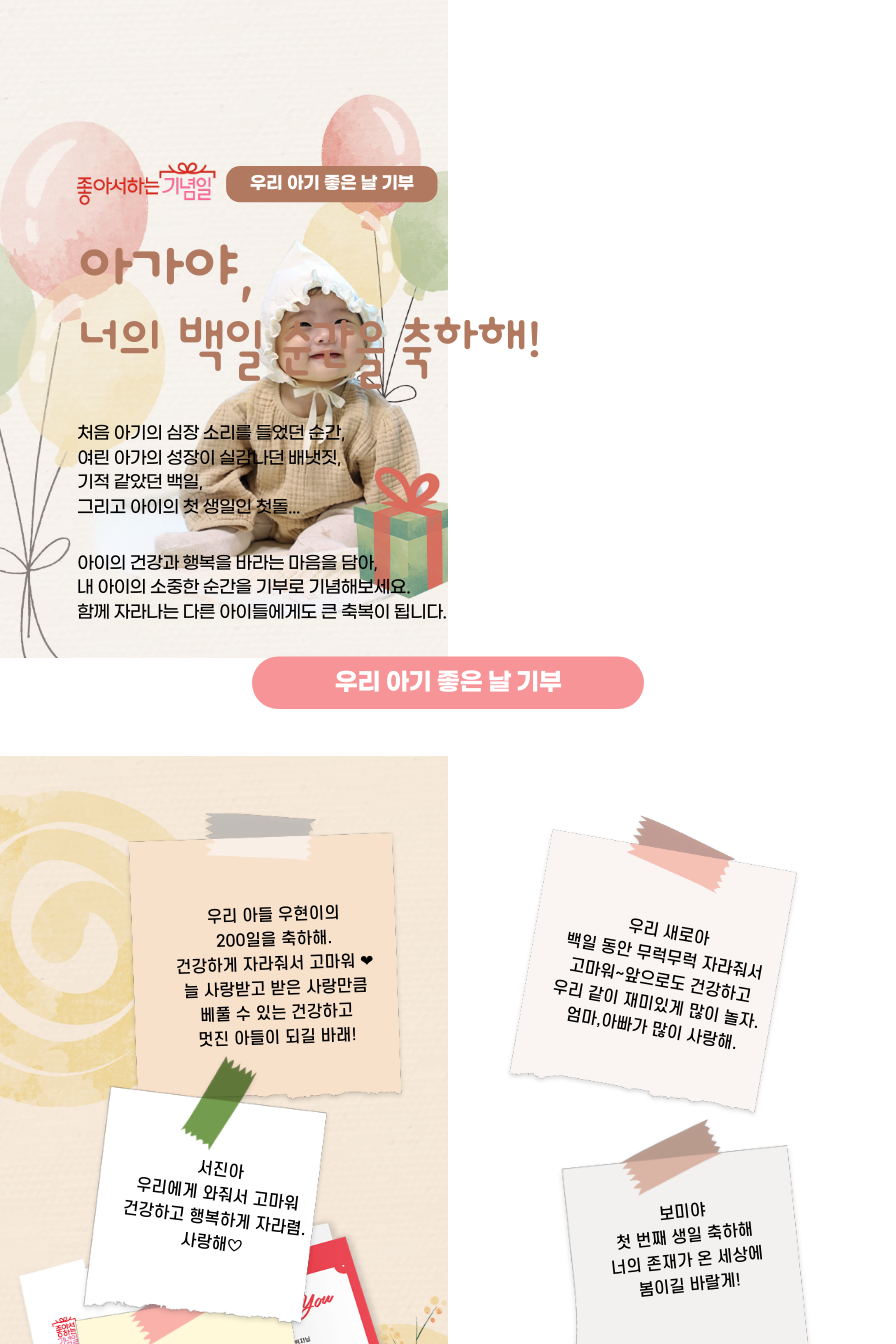
Repository: dlgywls1130/save_children_m
Page: index.html
The author's editor kept a copy of each file at every save. The page is drawn from the files as they stood at one save, then again after the next save.
The browser window is 1280 px wide. The pictures show the part of the page from y = 0 to 1920 px (the page is 8338 px tall before and 8198 px after), at 70% of full size.

Above is the page before, as saved 2023-12-13 17:57:54.

After the next save:
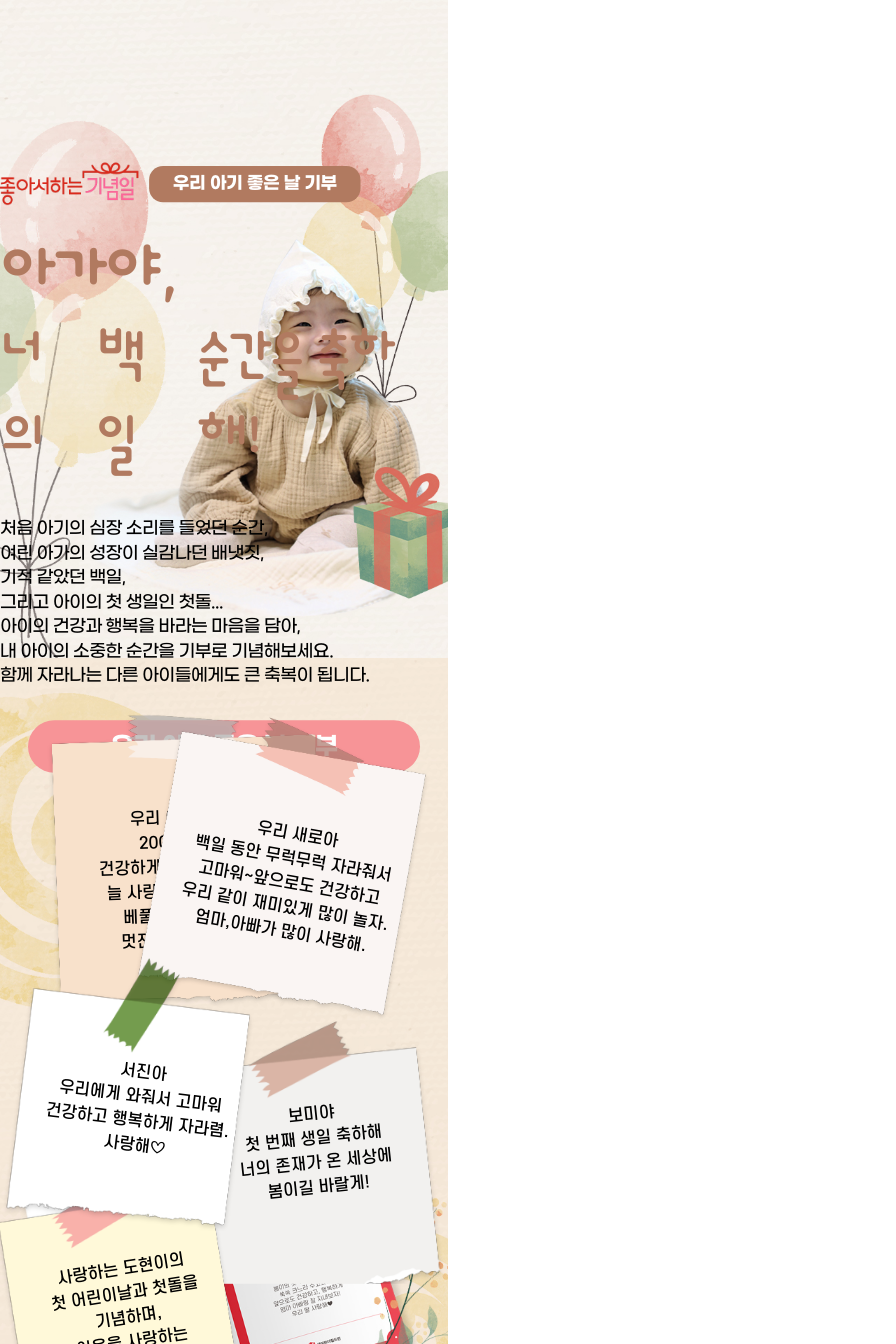
Saved 39 min 7 s later.
--- a/css/style.css
+++ b/css/style.css
@@ -102,24 +102,18 @@
 }
 
 .se_wrapper{
-    max-width: 1060px;
-    margin: 0 auto;
+    max-width: 640px;
     width: 100%;
     position: relative;
 }
 
 
-/* common */
-.mb-45{margin-bottom: 45px;}
-.mt-85{margin-top: 85px!important;}
-.mt-100{margin-top: 100px!important;}
-
 /* section01 */
 
 
 .section01{
     background: url('../img/back01.jpg') no-repeat;
-    height: 1080px;
+    height: 940px;
 
 }
 
